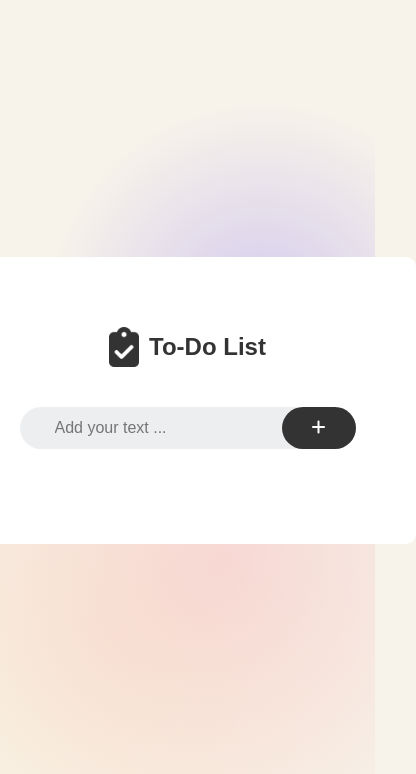
Repository: maltika/To-do_list
Page: index.html
An editor plug-in stored every save of this project. The page is shown before and after the next save, followed by the edit.
The browser window is 375 px wide. The page is 416 px wide, then 375 px, so the pictures cover 416 px, including what lies to the right of the window. The pictures show the whole page.

Above is the page before, as saved 2025-05-20 15:11:51.

After the next save:
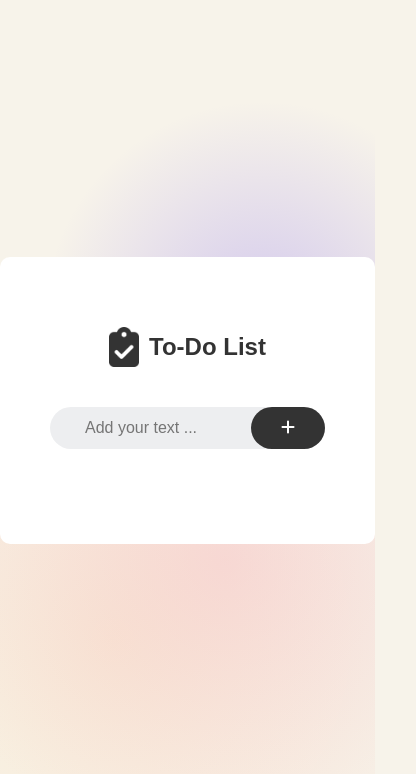
Saved 14 s later.
--- a/style.css
+++ b/style.css
@@ -158,8 +158,9 @@ ul li span:hover{
 
 @media (max-width: 600px) {
   .todo-app {
-    margin-left: 20px;
-    margin-right: 20px;
-    width: auto; /* ยกเลิก width 100% ถ้าเคยตั้งไว้ */
+    width: 100%;
+    padding-left: 20px;
+    padding-right: 20px;
+    box-sizing: border-box; /* สำคัญมาก! */
   }
 }
